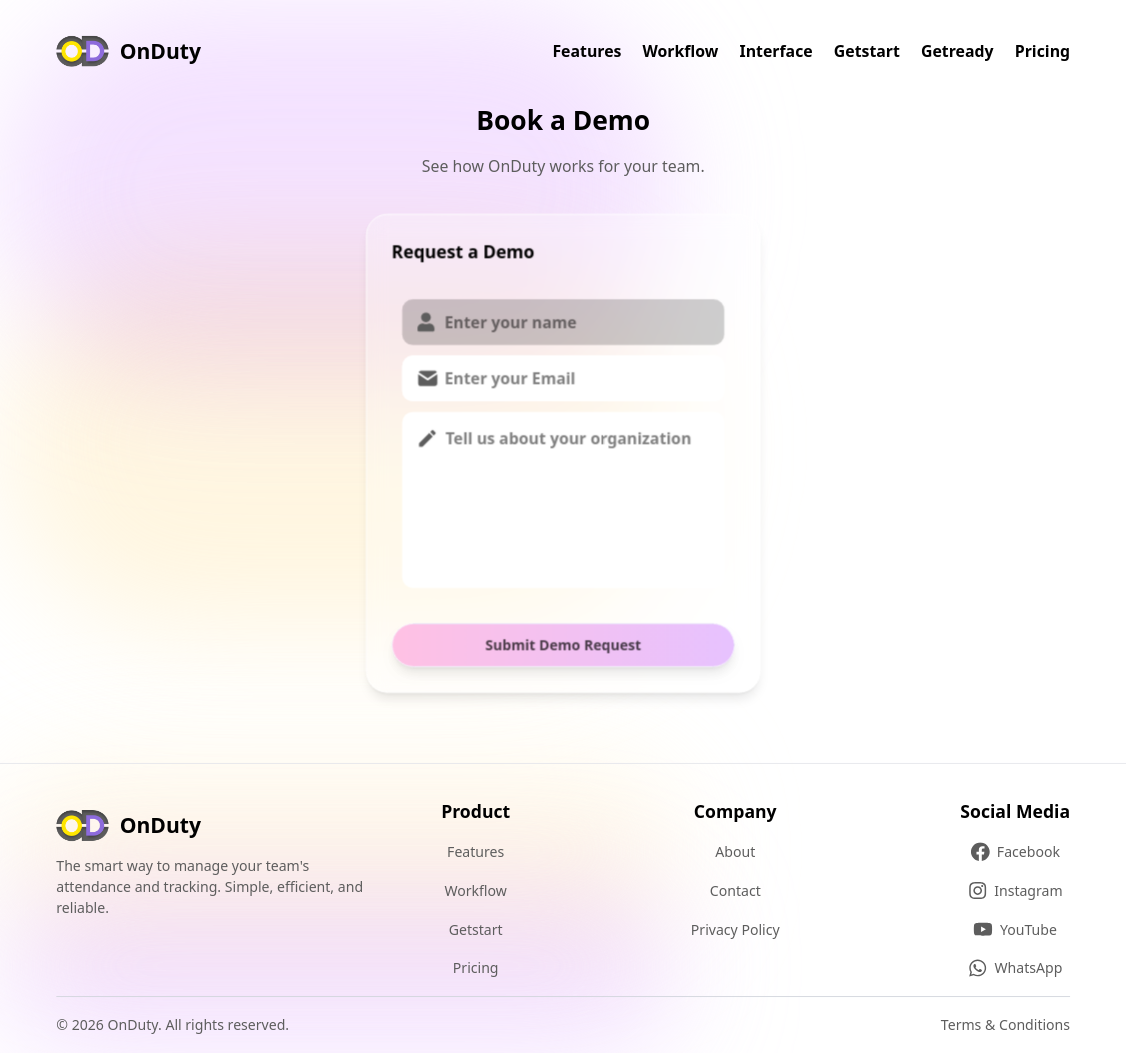
Repository: shekharzorin/ONDUTY-V1
Page: /bookdemo
The author's editor kept a copy of each file at every save. The page is drawn from the files as they stood at one save, then again after the next save.
The browser window is 1280 px wide. The pictures show the whole page, at 88% of full size.
The project was rebuilt for these pictures with package versions that can differ from the ones it lists, and the page was loaded fresh each time. The framework's server and built-in components were replaced by stand-ins that run in the browser. Also part of the build but not shown: next.config.mjs, vite.config.js, app/components/ui/Crossicon.tsx.

Above is the page before, as saved 2026-01-17 17:04:56.

### app/layout.tsx
import type { Metadata } from "next";
import { Geist, Geist_Mono } from "next/font/google";
import "./globals.css";
import Navbar from "./components/header/Navbar";

const geistSans = Geist({
  variable: "--font-geist-sans",
  subsets: ["latin"],
});

const geistMono = Geist_Mono({
  variable: "--font-geist-mono",
  subsets: ["latin"],
});

export const metadata: Metadata = {
  title: "Create Next App",
  description: "Generated by create next app",
};

export default function RootLayout({
  children,
}: Readonly<{
  children: React.ReactNode;
}>) {
  return (
    <html lang="en">
      <body
        className={`${geistSans.variable} ${geistMono.variable} antialiased`}
      >
        <Navbar />
        {children}
      </body>
    </html>
  );
}

### app/bookdemo/page.tsx
import Footer from "../components/footer/footer";
import Bookdemo from "../components/sections/bookdemo";

const page = () => {
  return (
    <div className="flex flex-col">
      <Bookdemo />
      <Footer />
    </div>
  );
};

export default page;

### app/globals.css
@import "tailwindcss";

:root {
  --color-primary: #8d6bdc;
  --color-secondary: #e0d4ff;
  --color-bg: #efefef;
  --color-sidebar: #ffffff;
  --color-gray: #5d5d5d;
}

html {
  scroll-behavior: smooth;
}




.flip-card {
  perspective: 1000px;
}

.flip-card-inner {
  transform-style: preserve-3d;
}

.flip-card-front,
.flip-card-back {
  position: absolute;
  width:auto;
  height:auto;
  backface-visibility: hidden;
}

.flip-card-back {
  transform: rotateY(180deg);
}

### app/components/header/Navbar.tsx
"use client";

import Logo from "@/public/images/od_logo.png";
import Image from "next/image";
import Link from "next/link";
import { usePathname } from "next/navigation";
import { useEffect, useState } from "react";
import { MdMenu } from "react-icons/md";
import { motion, AnimatePresence } from "framer-motion";
import { useRouter } from "next/navigation";
import Crossicon from "../ui/Crossicon";

export const navLinks = [
  { name: "Features", id: "features" },
  { name: "Workflow", id: "workflow" },
  { name: "Interface", id: "interface" },
  { name: "Getstart", id: "getstart" },
  { name: "Getready", id: "getready" },
  { name: "Pricing", path: "/pricing/" },
];

const Navbar = () => {
  const pathname = usePathname();
  const [isScrolled, setIsScrolled] = useState(false);
  const [isNavOpen, setIsNavOpen] = useState(false);
  const router = useRouter();
  const [activeSection, setActiveSection] = useState<string | null>(null);

  const handleScrollNav = (id: string) => {
    setActiveSection(id);
    router.push(`/#${id}`);
  };

  useEffect(() => {
    if (pathname !== "/") {
      setActiveSection(null);
    }
  }, [pathname]);

  useEffect(() => {
    if (pathname !== "/") return;
    const hash = window.location.hash.replace("#", "");
    if (hash) {
      setActiveSection(hash);
    } else {
      setActiveSection("features");
    }
  }, [pathname]);

  useEffect(() => {
    const handleScroll = () => setIsScrolled(window.scrollY > 20);
    window.addEventListener("scroll", handleScroll);
    return () => window.removeEventListener("scroll", handleScroll);
  }, []);

  useEffect(() => {
    if (isNavOpen) {
      document.body.style.overflow = "hidden";
    } else {
      document.body.style.overflow = "";
    }
    return () => {
      document.body.style.overflow = "";
    };
  }, [isNavOpen]);

  useEffect(() => {
    if (pathname !== "/") return;

    const sections = [
      "features",
      "workflow",
      "interface",
      "getready",
      "getstart",
    ];
    let locked = true;

    const unlock = () => (locked = false);
    window.addEventListener("scroll", unlock, { once: true });

    const observer = new IntersectionObserver(
      (entries) => {
        if (locked) return;

        entries.forEach((entry) => {
          if (entry.isIntersecting) {
            const id = entry.target.id;

            // 1️⃣ Update active state
            setActiveSection(id);

            // 2️⃣ Update URL hash WITHOUT navigation
            router.replace(`/#${id}`, { scroll: false });
          }
        });
      },
      {
        rootMargin: "-45% 0px -45% 0px",
        threshold: 0,
      }
    );

    sections.forEach((id) => {
      const el = document.getElementById(id);
      if (el) observer.observe(el);
    });

    return () => observer.disconnect();
  }, [pathname, router]);

  return (
    <header
      className={`fixed top-0 left-0 right-0 z-50 border-b transition-all ${
        isScrolled
          ? "bg-transparent backdrop-blur-md border-white shadow-lg py-0"
          : "bg-transparent border-transparent py-5"
      }`}
    >
      <div className="mx-auto w-full px-4 sm:px-6 md:px-8 lg:px-12 xl:px-16 2xl:px-24 max-w-384 py-2 flex items-center justify-between">
        <div className="flex gap-2 lg:gap-3 items-center">
          <Image
            src={Logo}
            alt="Onduty Logo"
            height={60}
            width={60}
            className="flex h-10 w-10 md:h-12 md:w-12 lg:h-15 lg:w-15"
          />
          <h1 className="text-2xl lg:text-2xl font-bold">OnDuty</h1>
        </div>

        {/* Desktop Navbar */}
        <nav className="hidden lg:flex gap-6">
          {navLinks.map((item) => {
            // SCROLL ITEM
            if (item.id) {
              return (
                <button
                  key={item.id}
                  onClick={() => handleScrollNav(item.id)}
                  className={`relative lg:font-semibold xl:font-bold text-lg transition-colors duration-300
                    after:absolute after:left-0 after:-bottom-1 after:h-1
                    after:rounded-full after:bg-(--color-primary)
                    after:transition-all after:duration-300
                    ${
                      activeSection === item.id && pathname === "/"
                        ? "text-(--color-primary)"
                        : "after:w-0 hover:after:w-full"
                    }
                  `}
                >
                  {item.name}
                </button>
              );
            }

            // ROUTE ITEM
            const isActive = pathname === item.path;

            return (
              <Link
                key={item.path}
                href={item.path!}
                className={`relative lg:font-semibold xl:font-bold text-lg transition-colors duration-300
                  after:absolute after:left-0 after:-bottom-1 after:h-1
                  after:rounded-full after:bg-(--color-primary)
                  after:transition-all after:duration-300
                  ${
                    isActive
                      ? "text-(--color-primary)"
                      : "after:w-0 hover:after:w-full"
                  }
                `}
              >
                {item.name}
              </Link>
            );
          })}
        </nav>

        <div className="lg:hidden gap-3">
          <div
            onClick={() => setIsNavOpen(true)}
            className="flex p-1 lg:hidden bg-(--color-secondary) rounded-full border-white border justify-center items-center"
          >
            <MdMenu size={28} className="opacity-10 animate-pulse" />
          </div>

          <AnimatePresence>
            {isNavOpen && (
              <motion.div
                className="fixed inset-0 backdrop-blur-sm bg-black/30 flex justify-end h-screen"
                initial={{ opacity: 0 }}
                animate={{ opacity: 1 }}
                exit={{ opacity: 1 }}
                transition={{ duration: 0.6 }}
              >
                {/* Drawer */}
                <motion.div
                  className="relative w-[70%] md:w-[60%] bg-(--color-sidebar) h-full flex items-center"
                  initial={{ x: "100%" }}
                  animate={{ x: 0 }}
                  exit={{ x: "100%" }}
                  onClick={(e: any) => e.stopPropagation()}
                  transition={{
                    duration: 0.35,
                    ease: "easeInOut",
                  }}
                >
                  {/* Close button */}
                  <div className="flex absolute top-7.25 right-4 md:right-8 lg:hidden z-20 ">
                    <Crossicon onClick={() => setIsNavOpen(false)} />
                  </div>

                  {/* Mobile Navbar */}
                  <nav className="flex flex-col gap-10 p-10 mt-10 w-full">
                    {navLinks.map((item) => {
                      if (item.id) {
                        return (
                          <button
                            key={item.id}
                            onClick={() => {
                              handleScrollNav(item.id);
                              setIsNavOpen(false);
                            }}
                            className={`py-2 w-full relative text-lg font-semibold md:font-bold text-left transition-colors
                              ${
                                activeSection === item.id && pathname === "/"
                                  ? "text-(--color-primary)"
                                  : "text-black/80 hover:text-(--color-primary)"
                              }
                            `}
                          >
                            {item.name}
                          </button>
                        );
                      }

                      const isActive = pathname === item.path;

                      return (
                        <Link
                          key={item.path}
                          href={item.path!}
                          onClick={() => setIsNavOpen(false)}
                          className={`relative text-lg font-semibold md:font-bold py-2
                            ${isActive ? "text-(--color-primary)" : ""}
                          `}
                        >
                          {item.name}
                        </Link>
                      );
                    })}
                  </nav>
                </motion.div>
              </motion.div>
            )}
          </AnimatePresence>
        </div>
      </div>
    </header>
  );
};

export default Navbar;

### app/components/footer/footer.tsx
import Image from "next/image";
import Logo from "@/public/images/od_logo.png";
import Link from "next/link";
import { FaFacebook, FaInstagram, FaWhatsapp, FaYoutube } from "react-icons/fa";
import { ReactNode } from "react";

type FooterLink = {
  label: string;
  href: string;
  external?: boolean;
  icon?: ReactNode;
};

type FooterSection = {
  title: string;
  links: FooterLink[];
};

const footerLinks: FooterSection[] = [
  {
    title: "Product",
    links: [
      { label: "Features", href: "/#features" },
      { label: "Workflow", href: "/#workflow" },
      { label: "Getstart", href: "/#getstart" },
      { label: "Pricing", href: "/pricing/" },
    ],
  },
  {
    title: "Company",
    links: [
      { label: "About", href: "/about" },
      { label: "Contact", href: "/contact" },
      { label: "Privacy Policy", href: "/privacy&policy" },
    ],
  },
  {
    title: "Social Media",
    links: [
      {
        label: "Facebook",
        href: "https://www.facebook.com",
        external: true,
        icon: <FaFacebook size={22} />,
      },
      {
        label: "Instagram",
        href: "https://www.instagram.com",
        external: true,
        icon: <FaInstagram size={22} />,
      },
      {
        label: "YouTube",
        href: "https://www.youtube.com",
        external: true,
        icon: <FaYoutube size={22} />,
      },
      {
        label: "WhatsApp",
        href: "https://www.whatsapp.com",
        external: true,
        icon: <FaWhatsapp size={22} />,
      },
    ],
  },
];

const Footer = () => {
  return (
    <section
      id="footer"
      className="relative px-4 sm:px-6 md:px-8 lg:px-12 xl:px-16 2xl:px-24 max-w-384 w-full border-t border-gray-200"
    >
      {/* Background flare */}
      <div className="absolute top-0 left-1/2 -translate-x-1/2 w-full h-full max-w-7xl pointer-events-none -z-10">
        <div className="absolute bottom-0 w-[60%] h-[60%] bg-[#eccfff] rounded-full blur-3xl opacity-60 mix-blend-multiply filter" />
        <div className="absolute top-0 w-[60%] h-[60%] bg-[#fff4da] rounded-full blur-3xl opacity-60 mix-blend-multiply filter" />
      </div>

      <div className="flex flex-col pt-3 lg:pt-10 lg:flex-row lg:justify-between gap-5 lg:gap-20">
        <div className="flex flex-col gap-1 w-full lg:w-[50%]">
          <div className="flex gap-2 lg:gap-3 items-center">
            <Image
              src={Logo}
              alt="Onduty Logo"
              height={60}
              width={60}
              className="flex h-10 w-10 md:h-12 md:w-12 lg:h-15 lg:w-15"
            />
            <h1 className="text-2xl lg:text-2xl font-bold">OnDuty</h1>
          </div>
          <p className="text-(--color-gray)">
            The smart way to manage your team's attendance and tracking. Simple,
            efficient, and reliable.
          </p>
        </div>

        <div className="flex flex-wrap text-(--color-gray) justify-between w-full gap-5 lg:px-0 text-center">
          {footerLinks.map((section) => (
            <div key={section.title} className="flex flex-col gap-5">
              <p className="text-black text-lg lg:text-xl font-semibold">
                {section.title}
              </p>

              {section.links.map((link) => (
                <Link
                  key={link.label}
                  href={link.href}
                  target={link.external === true ? "_blank" : undefined}
                  rel={
                    link.external === true ? "noopener noreferrer" : undefined
                  }
                  className="hover:text-(--color-primary) transition"
                >
                  <p className="flex items-center gap-2 justify-center">
                    {link.icon}
                    {link.label}
                  </p>
                </Link>
              ))}
            </div>
          ))}
        </div>
      </div>

      <hr className="text-gray-300 mt-5" />
      <div className="text-(--color-gray) flex flex-col md:flex-row md:justify-between gap-5 my-5">
        <p>© 2026 OnDuty. All rights reserved.</p>
        <Link href="#">
          <p>Terms & Conditions</p>
        </Link>
      </div>
    </section>
  );
};

export default Footer;

### app/components/sections/bookdemo.tsx
"use client";

import { FaUser } from "react-icons/fa";
import { TbMailFilled } from "react-icons/tb";
import Inputbox from "../ui/Inputbox";
import { useState } from "react";
import { MdEdit } from "react-icons/md";
import Button from "../ui/Button";
import { motion } from "framer-motion";

const Bookdemo = () => {
  const [form, setForm] = useState({
    name: "",
    email: "",
    message: "",
  });

  const handleChange = (field: string, value: string) => {
    setForm((prev) => ({ ...prev, [field]: value }));
    console.log(form);
  };

  return (
    <section className="flex flex-col gap-10 pb-20 px-4 sm:px-6 md:px-8 lg:px-12 xl:px-16 2xl:px-24 max-w-384 mx-auto items-center justify-center w-full">
      {/* Background flare */}
      <div className="absolute top-0 left-1/2 -translate-x-1/2 w-full h-full max-w-7xl pointer-events-none -z-10">
        <div className="absolute top-0 w-[60%] h-[60%] bg-[#eccfff] rounded-full blur-3xl opacity-60 mix-blend-multiply filter" />
        <div className="absolute bottom-0 w-[60%] h-[60%] bg-[#fff0cd] rounded-full blur-3xl opacity-60 mix-blend-multiply filter" />
      </div>

      <div className="flex flex-col items-center justify-center mt-30 text-center gap-5">
        <p className="text-2xl lg:text-3xl font-bold leading-[1.15] lg:text-balance justify-center items-center">
          Book a Demo
        </p>
        <p className="md:text-lg text-(--color-gray)">
          See how OnDuty works for your team.
        </p>
      </div>

      <motion.div
        initial={{ opacity: 0, scale: 0.5 }}
        animate={{ opacity: 1, scale: 1 }}
        transition={{ type: "spring", stiffness: 100, damping: 20 }}
        className="backdrop-blur-md border border-white bg-white/30 shadow-lg rounded-3xl p-7 flex flex-col gap-10 justify-center w-full max-w-md"
      >
        <p className="font-bold text-xl">Request a Demo</p>

        <form
          className="flex flex-col w-full h-full px-3 gap-3 items-center"
          onSubmit={(e) => e.preventDefault()}
        >
          <Inputbox
            icon={<FaUser size={22} />}
            value={form.name}
            onChange={(v) => handleChange("name", v)}
            placeholder="Enter your name"
            className="rounded-xl bg-black/10 font-semibold md:text-lg text-black"
          />
          <Inputbox
            icon={<TbMailFilled size={26} />}
            type="email"
            value={form.email}
            onChange={(v) => handleChange("email", v)}
            placeholder="Enter your Email"
            className="rounded-xl bg-white font-semibold md:text-lg text-black"
          />

          <div className="flex w-full p-4 bg-white rounded-xl gap-2 text-(--color-gray)">
            <MdEdit size={28} />
            <textarea
              placeholder="Tell us about your organization"
              rows={6}
              className="w-full font-semibold md:text-lg text-black outline-none resize-none"
              value={form.message}
              onChange={(v) => handleChange("message", v.target.value)}
            />
          </div>
        </form>

        <Button
          title="Submit Demo Request"
          onClick={() => {}}
          className="
            border border-white p-3 w-full rounded-full
            bg-linear-to-r from-[#ffc1e4] to-[#e7c2ff]
            hover:animate-pulse text-black/70"
        />
      </motion.div>
    </section>
  );
};

export default Bookdemo;

### app/components/ui/Inputbox.tsx
import React, { useState } from "react";
import {IoMdEye, IoMdEyeOff } from "react-icons/io";

interface InputBoxProps {
  icon?: React.ReactNode;
  placeholder?: string;
  type?: string;
  value: string;
  onChange: (value: string) => void;
  required?: boolean;
  disabled?: boolean;
  error?: string;
  className?: string;

  inputMode?: React.HTMLAttributes<HTMLInputElement>["inputMode"];
  autoCapitalize?: "none" | "sentences" | "words" | "characters";
  autoCorrect?: "on" | "off";
  maxLength?: number;
  pattern?: string;
}


const Inputbox = ({
  icon,
  placeholder = "",
  type = "text",
  value,
  onChange,
  disabled = false,
  className = "",
}: InputBoxProps) => {
  const [showPassword, setShowPassword] = useState(false);

  const isPassword = type === "password";
  const inputType = isPassword && showPassword ? "text" : type;

  return (
    <div className={ `flex flex-col gap-1 w-full bg-(--color-sidebar) ${className}`}>
      <div className="relative flex items-center">

        {icon && (
          <span className="absolute left-4 text-(--color-gray) justify-center items-center">
            {icon}
          </span>
        )}

        <input
          type={inputType}
          placeholder={placeholder}
          value={value}
          onChange={(e) => onChange(e.target.value)}
          disabled={disabled}
          className={`w-full px-5 py-3  pl-12 pr-12 outline-none transition-all font-medium text-(--color-gray) ${
            disabled ? "bg-gray-100" : ""
          } ${className}`}
        />

        {isPassword && (
          <button
            type="button"
            onClick={() => setShowPassword(!showPassword)}
            className="absolute right-4 top-1/2 -translate-y-1/2 text-(--color-gray)"
          >
            {showPassword ? <IoMdEye size={28} /> : <IoMdEyeOff size={28} />}
          </button>
        )}
      </div>
    </div>
  );
};

export default Inputbox;

### app/components/ui/Button.tsx
import { ReactNode } from "react";

interface ButtonProps {
  title: string;
  onClick: () => void;
  type?: "button" | "submit";
  disabled?: boolean;

  /* 🔹 Optional Icon */
  icon?: ReactNode;
  iconPosition?: "left" | "right";

  /* 🔹 External Styles */
  className?: string;
}

const Button = ({
  title,
  onClick,
  type = "button",
  disabled = false,
  icon,
  iconPosition = "left",
  className = "",
}: ButtonProps) => {
  return (
    <button
      type={type}
      onClick={!disabled ? onClick : undefined}
      disabled={disabled}
      className={`
        group
        font-bold shadow-lg
        transition-all transform
        flex items-center justify-center gap-2
        duration-300
        ${
          disabled
            ? "bg-(--color-gray) text-(--color-sidebar) cursor-not-allowed opacity-70 transition-all duration-300"
            : "bg-(--color-primary) text-(--color-sidebar) hover:bg-(--color-secondary) hover:scale-105 hover:text-black cursor-pointer transition-all duration-300"
        }

        ${className}
      `}
    >
      {/* ICON LEFT */}
      {icon && iconPosition === "left" && (
        <span className="button-icon flex items-center">{icon}</span>
      )}

      <span>{title}</span>

      {/* ICON RIGHT */}
      {icon && iconPosition === "right" && (
        <span className="button-icon flex items-center">{icon}</span>
      )}
    </button>
  );
};

export default Button;

After the next save:
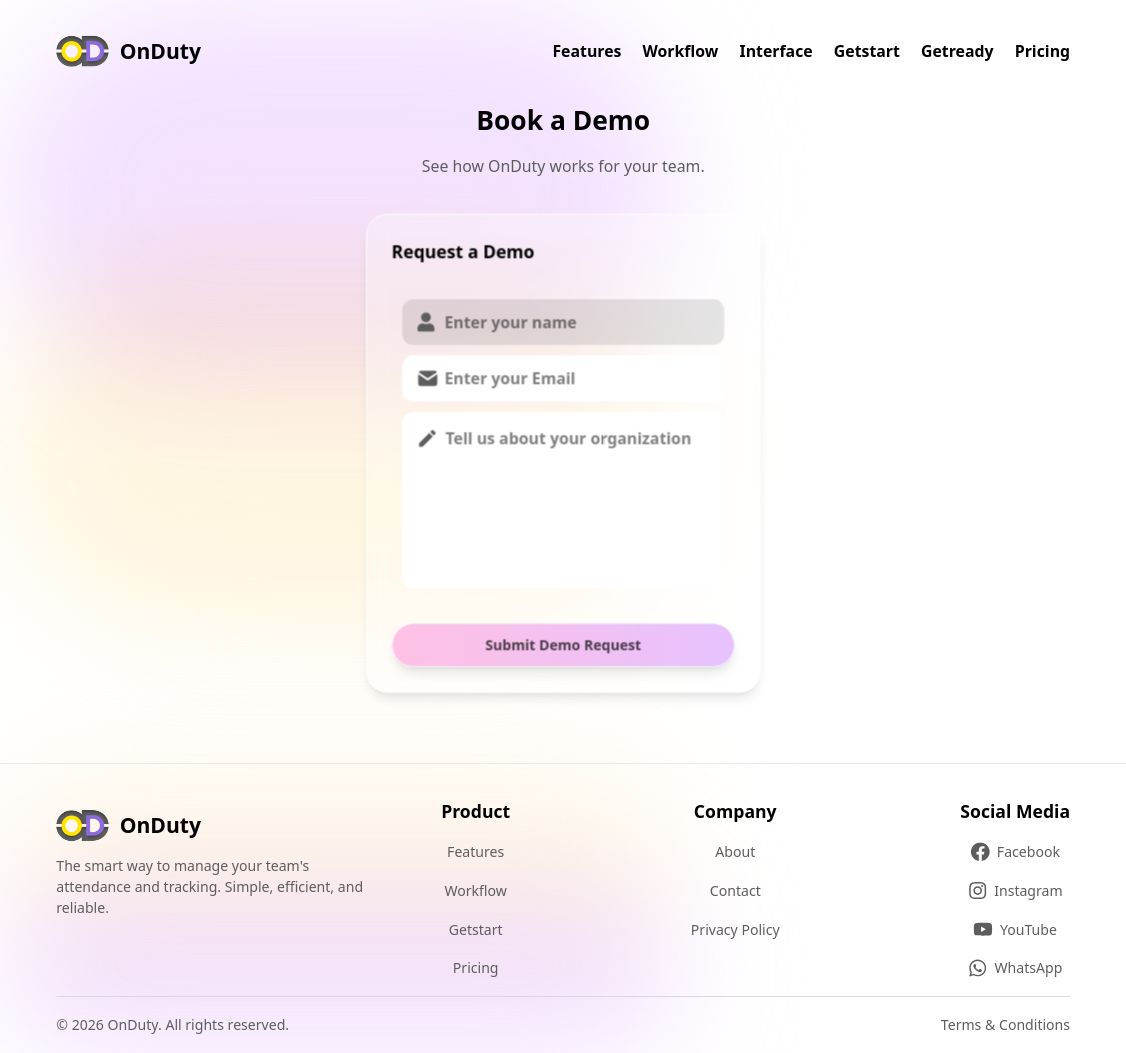
Saved 8 s later.
--- a/app/components/sections/bookdemo.tsx
+++ b/app/components/sections/bookdemo.tsx
@@ -54,7 +54,7 @@ const Bookdemo = () => {
             value={form.name}
             onChange={(v) => handleChange("name", v)}
             placeholder="Enter your name"
-            className="rounded-xl bg-black/10 font-semibold md:text-lg text-black"
+            className="rounded-xl bg-black/5 font-semibold md:text-lg text-black"
           />
           <Inputbox
             icon={<TbMailFilled size={26} />}
